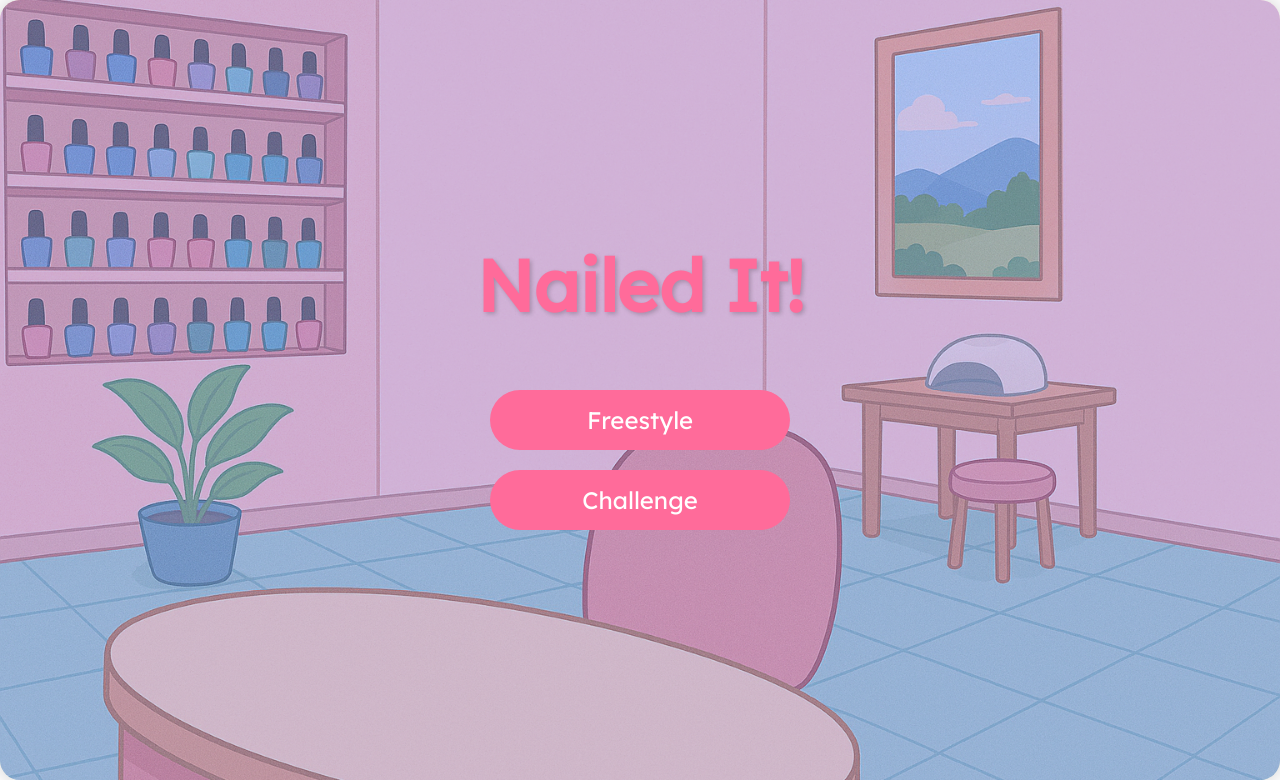
Repository: primcharlin/nailedit
Page: index.html
The author's editor kept a copy of each file at every save. The page is drawn from the files as they stood at one save, then again after the next save.
The browser window is 1280 px wide. The pictures show the whole page.

Above is the page before, as saved 2025-05-05 22:51:32.

After the next save:
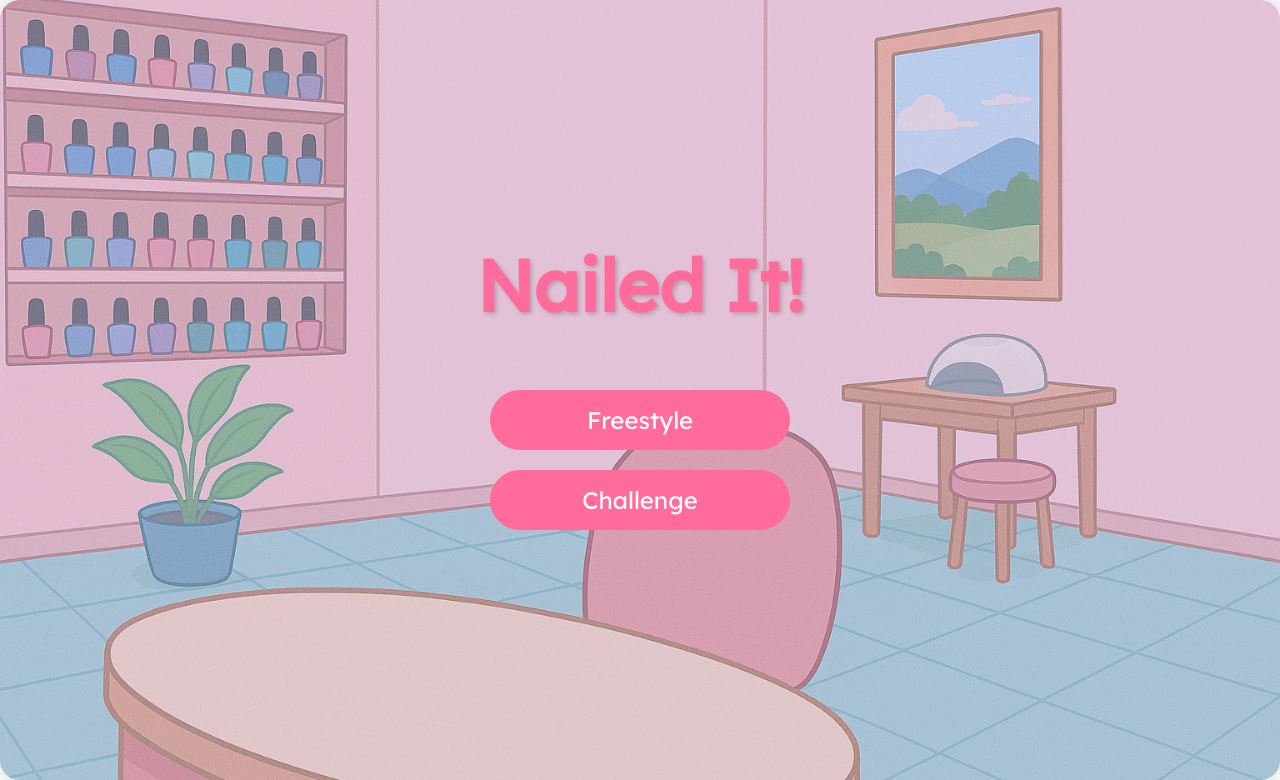
Saved 6 s later.
--- a/styles.css
+++ b/styles.css
@@ -39,7 +39,7 @@ h1 {
     flex-direction: column;
     justify-content: center;
     align-items: center;
-    background-color: rgba(148, 157, 255, 0.428);
+    background-color: rgba(189, 195, 255, 0.428);
     z-index: 100;
 }
 
